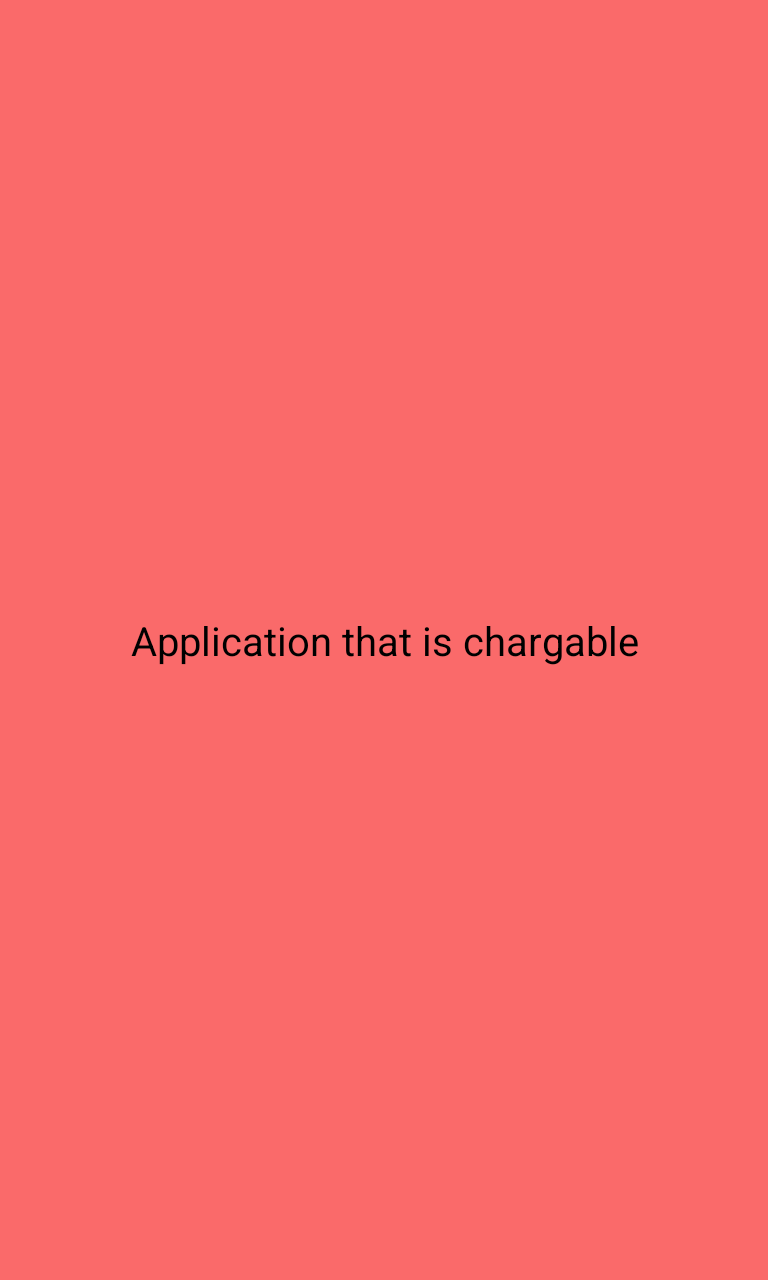
Repository: Abhilash--/Application-scanner
Layout: ApplicationScanner/res/layout/tab1.xml
An editor plug-in stored every save of this project. The layout is shown before and after the next save, followed by the edit.
It is drawn on a 768 x 1280 px phone screen (xhdpi) without system bars, with theme AppTheme; the app's code is not run.

Above is the layout before, as saved 2014-08-27 14:04:17.

### ApplicationScanner/res/layout/tab1.xml
<?xml version="1.0" encoding="utf-8"?>
<RelativeLayout xmlns:android="http://schemas.android.com/apk/res/android"
    android:layout_width="match_parent"
    android:layout_height="match_parent"
    android:orientation="vertical"
    android:background="#fa6a6a" >

    <TextView android:layout_width="fill_parent"
        android:layout_height="wrap_content"
        android:gravity="center"
        android:text="Application that is chargable"
        android:textSize="20sp"
        android:layout_centerInParent="true"/>


</RelativeLayout>

After the next save:
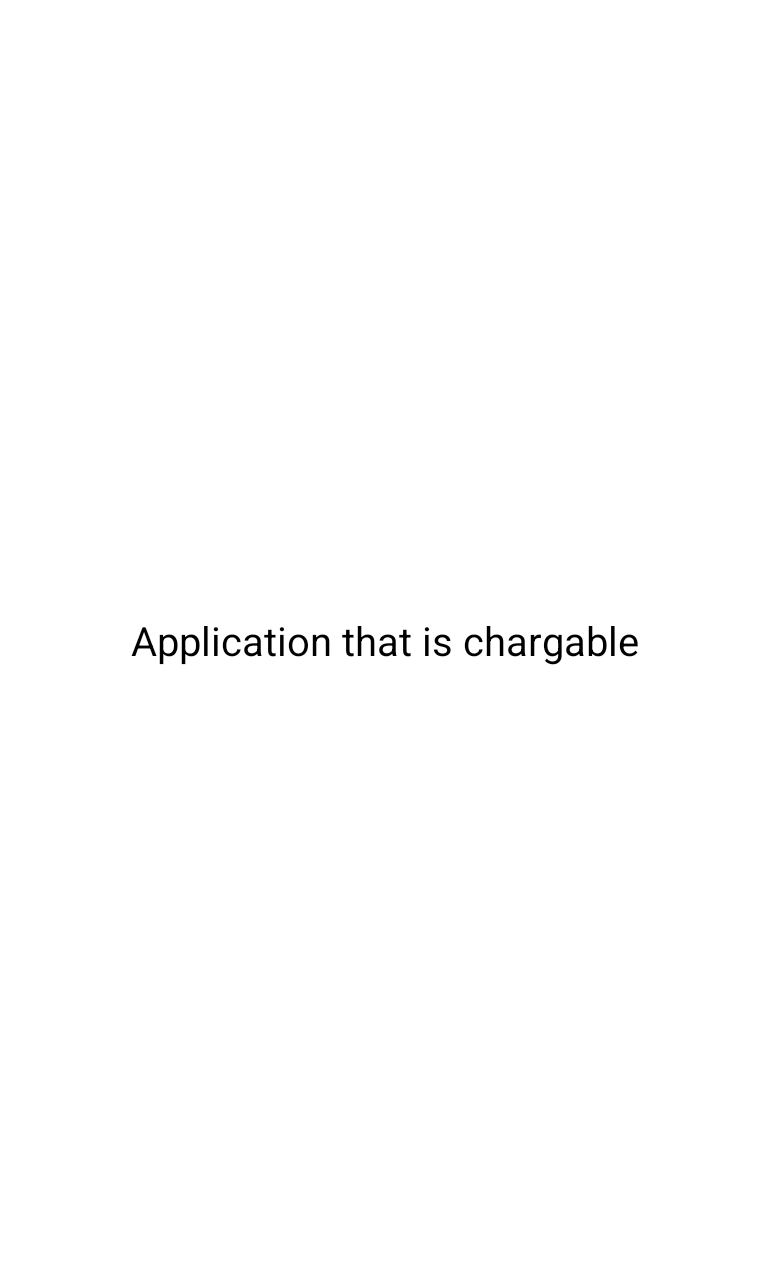
Saved 118 s later.
--- a/ApplicationScanner/res/layout/tab1.xml
+++ b/ApplicationScanner/res/layout/tab1.xml
@@ -2,8 +2,7 @@
 <RelativeLayout xmlns:android="http://schemas.android.com/apk/res/android"
     android:layout_width="match_parent"
     android:layout_height="match_parent"
-    android:orientation="vertical"
-    android:background="#fa6a6a" >
+    android:orientation="vertical">
 
     <TextView android:layout_width="fill_parent"
         android:layout_height="wrap_content"
